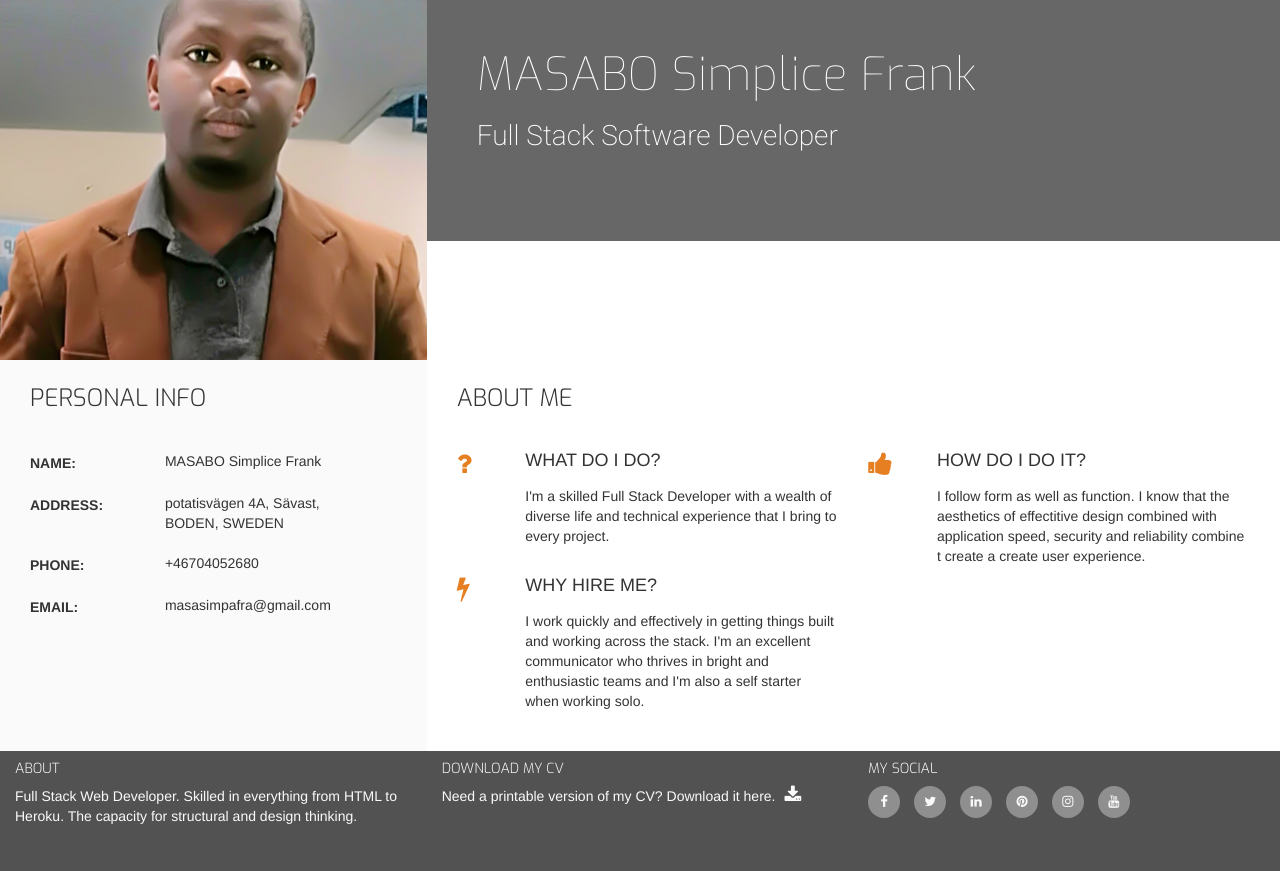
Repository: frankkode/who-is-frank
Page: index.html
The author's editor kept a record of every edit. The page is drawn from the files as they stood at one moment, then again after the next edit.
The browser window is 1280 px wide. The pictures show the whole page.
Some web libraries are served in a nearby version.

Above is the page before.

After the next edit:
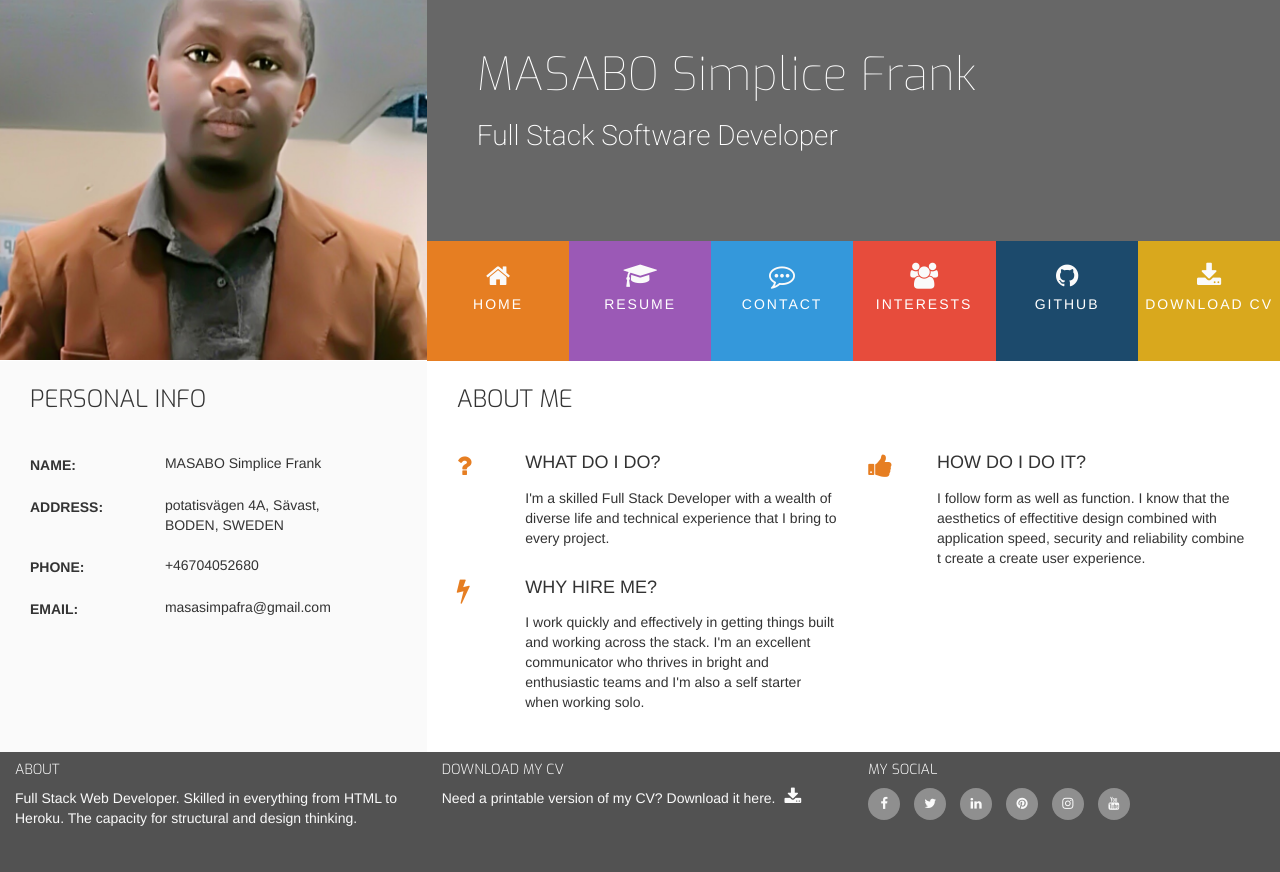
The edit:
--- a/index.html
+++ b/index.html
@@ -19,29 +19,39 @@
                             <h2 class="title">Full Stack Software Developer</h2>
                         </div>
                     </div>
-                  <!--  <div class="row">
-                        <ul id="nav" class="list-inline clearfix">
-                            <li class="col-xs-6 col-sm-3 ui-menu-color-home menuitem">
-                                <a href="index.html" class="hvr-sweep-to-bottom"><i class="fa fa-home" aria-hidden="true"></i><span>Home</span></a>
-                            </li>
-                            <li class="col-xs-6 col-sm-3 ui-menu-color-resume menuitem">
-                                <a href="resume.html" class="hvr-sweep-to-bottom"><i class="fa fa-graduation-cap" aria-hidden="true"></i><span>Resume</span></a>
-                            </li>
-                            <li class="col-xs-6 col-sm-3 ui-menu-color-interests menuitem">
-                                <a href="interests.html" class="hvr-sweep-to-bottom"><i class="fa fa-users" aria-hidden="true"></i><span>Interests</span></a>
-                            </li>
-                            <li class="col-xs-6 col-sm-3 ui-menu-color-github menuitem">
-                                <a href="github.html" class="hvr-sweep-to-bottom"><i class="fa fa-github" aria-hidden="true"></i><span>GitHub</span></a>
-                            </li>
-                             <li class="col-xs-6 col-sm-3 ui-menu-color-contact menuitem">
-                                <a href="contact.html" class="hvr-sweep-to-bottom"><i class="fa fa-commenting" aria-hidden="true"></i><span>Contact</span></a>
-                            </li>
-                            <li class="col-xs-6 col-sm-3 ui-menu-color-download menuitem">
-                                <a href="assets/cv/sample-cv.pdf" target="_blank" class="hvr-sweep-to-bottom"><i class="fa fa-download" aria-hidden="true"></i><span>Download CV</span></a>
-                            </li>
 
-                        </ul>
-                    </div> -->
+                     <div class="row">
+                    <ul id="nav" class="list-inline clearfix">
+                        <li class="col-xs-6 col-sm-2 ui-menu-color-home menuitem">
+                            <a href="index.html" class="hvr-sweep-to-bottom"><i class="fa fa-home" aria-hidden="true"></i><span>Home</span></a>
+                        </li>
+                        <li class="col-xs-6 col-sm-2 ui-menu-color-resume menuitem">
+                            <a href="resume.html" class="hvr-sweep-to-bottom"><i class="fa fa-graduation-cap" aria-hidden="true"></i><span>Resume</span></a>
+                        </li>
+                        <li class="col-xs-6 col-sm-2 ui-menu-color-contact menuitem">
+                            <a href="contact.html" class="hvr-sweep-to-bottom"><i class=" fa fa-commenting-o" aria-hidden="true"></i><span>Contact</span></a>
+                        </li>
+                        <li class="col-xs-6 col-sm-2 ui-menu-color-interests menuitem">
+                            <a href="interests.html" class="hvr-sweep-to-bottom"><i class="fa fa-users" aria-hidden="true"></i><span>Interests</span></a>
+                        </li>
+                        <li class="col-xs-6 col-sm-2 ui-menu-color-github menuitem">
+                            <a href="github.html" class="hvr-sweep-to-bottom"><i class="fa fa-github" aria-hidden="true"></i><span>GitHub</span></a>
+                        </li>
+                        <li class="col-xs-6 col-sm-2 ui-menu-color-download menuitem">
+                            <a href="assets/cv/sample-cv.pdf" target="_blank" class="hvr-sweep-to-bottom"><i class="fa fa-download" aria-hidden="true"></i><span>Download CV</span></a>
+                        </li>
+                    </ul>
+                </div>
+
+
+
+
+
+
+
+
+
+
                 </div>
             </div>
         </header>
